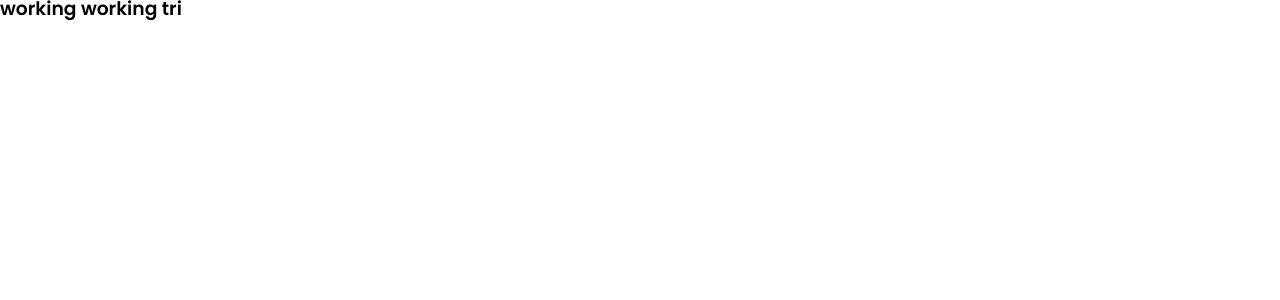
Repository: quoctri2008/test1
Page: index3.html
The author's editor kept a copy of each file at every save. The page is drawn from the files as they stood at one save, then again after the next save.
The browser window is 1280 px wide. The pictures show the whole page.

Above is the page before, as saved 2021-09-08 17:09:29.

### index3.html
<!DOCTYPE html>
<html lang="en">
  <head>
    <meta charset="UTF-8" />
    <meta http-equiv="X-UA-Compatible" content="IE=edge" />
    <meta name="viewport" content="width=device-width, initial-scale=1.0" />
    <title>Javascript</title>
    <link rel="preconnect" href="https://fonts.gstatic.com" />
    <link
      href="https://fonts.googleapis.com/css2?family=Poppins:wght@400;600&display=swap"
      rel="stylesheet"
    />
    <link
      rel="stylesheet"
      href="https://cdnjs.cloudflare.com/ajax/libs/font-awesome/4.7.0/css/font-awesome.min.css"
      integrity="sha512-SfTiTlX6kk+qitfevl/7LibUOeJWlt9rbyDn92a1DqWOw9vWG2MFoays0sgObmWazO5BQPiFucnnEAjpAB+/Sw=="
      crossorigin="anonymous"
    />
    <link rel="stylesheet" href="./css/reset.css" />
    <link rel="stylesheet" href="./css/app.css" />
  </head>
  <body>
    <h3>
      <a href="" class="demo"></a>
      <span class="span">
        <strong>working</strong>
        <strong class="strong">working</strong>
      </span>
      <span class="span2">tri</span>
    </h3>
    <div class="boxed"></div>
    <script src="./dom/charvesing.js"></script>
  </body>
</html>

### css/app.css
*,
*:before,
*:after {
  box-sizing: border-box;
}
/* using rem unit */
html {
  font-size: 62.5%;
}
a {
  text-decoration: none;
}
img {
  display: block;
  max-width: 100%;
}
body {
  font-family: "Poppins", sans-serif;
  font-size: 16px;
  line-height: 1;
}

.menu {
  width: 300px;
  position: fixed;
  top: 0;
  right: 0;
  bottom: 0;
  box-shadow: rgba(100, 100, 111, 0.2) 0px 7px 29px 0px;
  list-style: none;
  transform: translateX(100%);
  transition: transform 0.2s linear;
}
.menu.is-show {
  transform: translateX(0);
}
.menu-link {
  display: block;
  padding: 20px 15px;
  color: #333;
  border-bottom: 1px solid #eee;
}

/* Modal */
.modal {
  position: fixed;
  top: 0;
  left: 0;
  width: 100%;
  height: 100%;
  background-color: #eee;
  z-index: 10;
  display: flex;
  align-items: center;
  justify-content: center;
  flex-direction: column;
  opacity: 0;
  visibility: hidden;
  transition: all 0.2s linear;
}
.modal.is-show {
  opacity: 1;
  visibility: visible;
}

.modal-content {
  max-width: 600px;
  padding: 50px;
  border-radius: 10px;
  background-color: white;
  position: relative;
}

.modal-close {
  position: absolute;
  top: -10px;
  right: -10px;
  color: white;
  width: 30px;
  height: 30px;
  display: flex;
  justify-content: center;
  align-items: center;
  background-color: red;
  cursor: pointer;
  border-radius: 50px;
}

.modal-desc {
  line-height: 1.2;
  margin-bottom: 30px;
}
.modal-action {
  display: flex;
  justify-content: center;
  align-items: center;
}
.modal-confirm,
.modal-cancel {
  border: 0;
  border-radius: 5px;
  background-color: transparent;
  padding: 10px 20px;
  color: #999;
  font-weight: bold;
  margin: 0 10px;
}
.modal-confirm {
  background-color: #2196f3;
  color: white;
}

/* Notification */

.noti {
  position: fixed;
  left: 15px;
  bottom: 15px;
  background-color: white;
  box-shadow: rgba(100, 100, 111, 0.2) 0px 7px 29px 0px;
  border-radius: 8px;
  display: flex;
  max-width: 400px;
  height: 130px;
  transform: translateY(150%);
  animation: noti 4s forwards infinite linear;
}

@keyframes noti {
  20%,
  80% {
    transform: translateY(0);
  }
  100% {
    transform: translateY(150%);
  }
}
.noti-img {
  width: 30%;
  border-radius: inherit;
  flex-shrink: 1;
  object-fit: cover;
}
.noti-content {
  padding: 15px;
  flex: 1;
}
.noti-title {
  font-size: 18px;
  font-weight: 600;
  margin-bottom: 10px;
}
.noti-desc {
  line-height: 1.2;
}

### dom/charvesing.js
// parentNode vs parentElement vs removeChild
const span = document.querySelector("span");
console.log(span.parentNode);
console.log(span.parentElement);
// span.parentNode.removeChild(span);

// Element.extElementSibling: chọn phần tử dưới đó
const nextSpan = span.nextElementSibling;
console.log(nextSpan);

// Element.previousElementSibling: chọn phần tử trên đó
const previousLink = span.previousElementSibling;
console.log(previousLink);

//childNodes: trả về hết các node bên trong
console.log(span.childNodes);

//children: trả về hết node không bao gồm textnode
console.log(span.children);

// firstChild: lấy cái đầu
console.log(span.firstChild);

// firstElementChild: lấy element
console.log(span.firstElementChild);

// lastChild: lấy cái cuối
console.log(span.lastChild);

// firstElementChild: lấy element
console.log(span.lastElementChild);

// nextSibling - previousSibling
console.log(span.nextSibling);
// console.log(span.previousSibling);

Loaded but not shown: css/reset.css (common file)

After the next save:
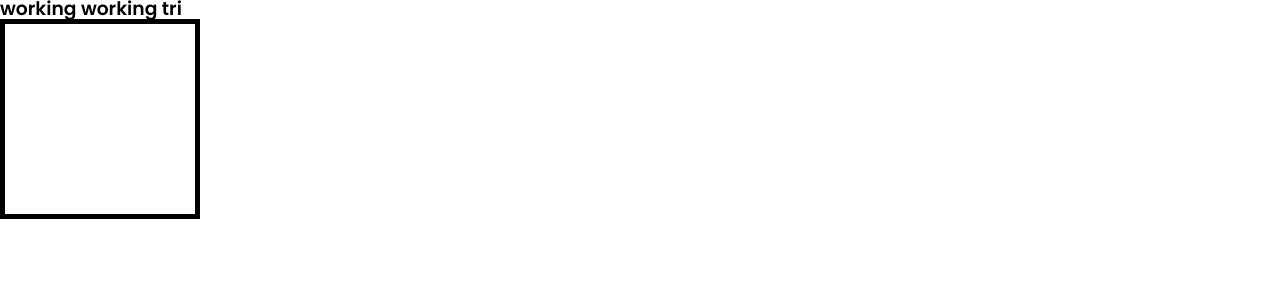
Saved 47 s later.
--- a/css/app.css
+++ b/css/app.css
@@ -153,3 +153,10 @@ body {
 .noti-desc {
   line-height: 1.2;
 }
+
+.boxed {
+  width: 200px;
+  height: 200px;
+  padding: 20px;
+  border: 5px solid;
+}
